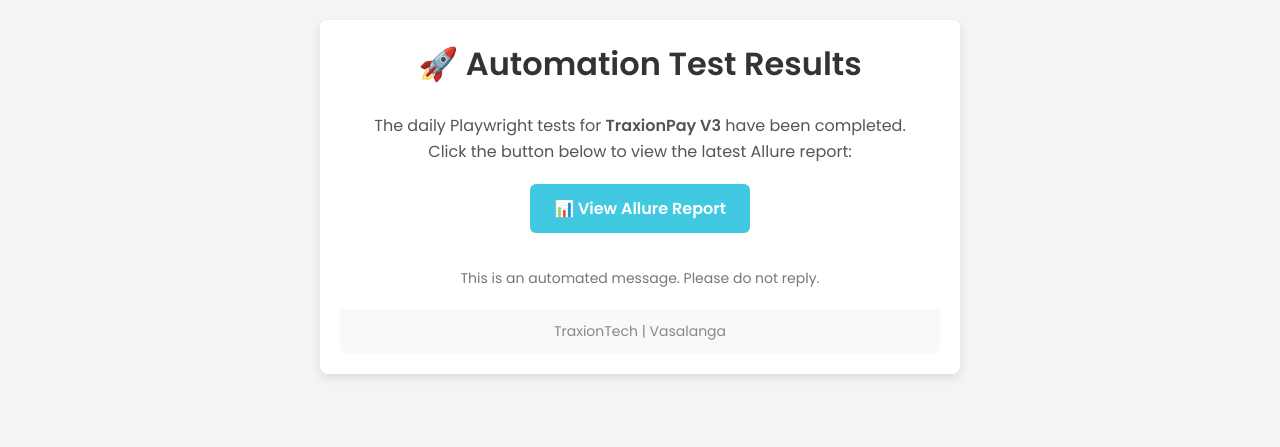
Repository: jmendozaqa24/TraxionPay-V3
Page: template.html
The author's editor kept a copy of each file at every save. The page is drawn from the files as they stood at one save, then again after the next save.
The browser window is 1280 px wide. The pictures show the whole page.

Above is the page before, as saved 2025-02-14 13:17:34.

### template.html
<!DOCTYPE html>
<html lang="en">
<head>
    <meta charset="UTF-8">
    <meta name="viewport" content="width=device-width, initial-scale=1.0">
    <title>Test Results Notification</title>
    <link href="https://fonts.googleapis.com/css2?family=Poppins:wght@400;600&display=swap" rel="stylesheet">
</head>
<body style="font-family: 'Poppins', Arial, sans-serif; background-color: #f4f4f4; margin: 0; padding: 20px;">
    <div style="max-width: 600px; margin: 0 auto; background-color: #ffffff; padding: 20px; border-radius: 8px; box-shadow: 0 4px 10px rgba(0, 0, 0, 0.1);">

        <!-- Header -->
        <div style="text-align: center;">
            <h1 style="color: #333333; margin: 0; padding-bottom: 10px;">🚀 Automation Test Results</h1>
        </div>

        <!-- Body Content -->
        <div style="text-align: center; padding: 15px 30px;">
            <p style="color: #555555; font-size: 16px; line-height: 1.6; margin: 0;">
                The daily Playwright tests for <strong>TraxionPay V3</strong> have been completed. Click the button below to view the latest Allure report:
            </p>

            <!-- Call to Action Button -->
            <a href="https://dread-vin.github.io/TraxionPay-V3/"
                style="display: inline-block; padding: 12px 24px; margin-top: 20px; font-size: 16px; font-weight: 600; color: #ffffff;
                       background-color: #41C9E2; border-radius: 6px; text-decoration: none; transition: 0.3s;">
                📊 View Allure Report
            </a>
        </div>

        <!-- Disclaimer -->
        <div style="text-align: center; padding-top: 20px; font-size: 14px; color: #777777;">
            <p style="margin: 0;">This is an automated message. Please do not reply.</p>
        </div>

        <!-- Footer -->
        <div style="margin-top: 20px; background-color: #f9f9f9; padding: 12px; border-radius: 0 0 8px 8px; text-align: center;">
            <p style="font-size: 14px; color: #888888; margin: 0;"> TraxionTech | Vasalanga </p>
        </div>

    </div>
</body>
</html>

After the next save:
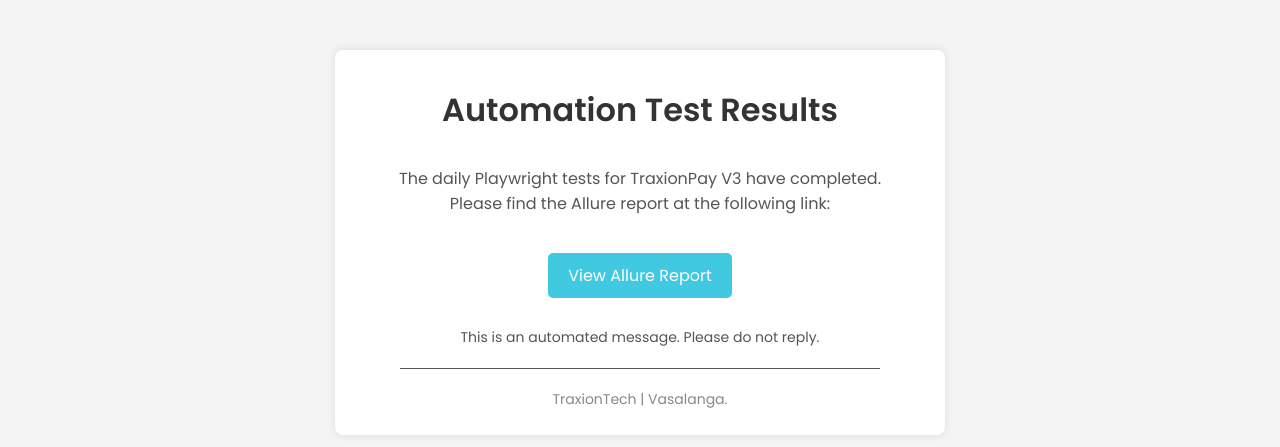
Saved 11 min 19 s later.
--- a/template.html
+++ b/template.html
@@ -1,43 +1,32 @@
 <!DOCTYPE html>
-<html lang="en">
-<head>
-    <meta charset="UTF-8">
-    <meta name="viewport" content="width=device-width, initial-scale=1.0">
-    <title>Test Results Notification</title>
-    <link href="https://fonts.googleapis.com/css2?family=Poppins:wght@400;600&display=swap" rel="stylesheet">
-</head>
-<body style="font-family: 'Poppins', Arial, sans-serif; background-color: #f4f4f4; margin: 0; padding: 20px;">
-    <div style="max-width: 600px; margin: 0 auto; background-color: #ffffff; padding: 20px; border-radius: 8px; box-shadow: 0 4px 10px rgba(0, 0, 0, 0.1);">
-
-        <!-- Header -->
-        <div style="text-align: center;">
-            <h1 style="color: #333333; margin: 0; padding-bottom: 10px;">🚀 Automation Test Results</h1>
-        </div>
-
-        <!-- Body Content -->
-        <div style="text-align: center; padding: 15px 30px;">
-            <p style="color: #555555; font-size: 16px; line-height: 1.6; margin: 0;">
-                The daily Playwright tests for <strong>TraxionPay V3</strong> have been completed. Click the button below to view the latest Allure report:
-            </p>
-
-            <!-- Call to Action Button -->
-            <a href="https://dread-vin.github.io/TraxionPay-V3/"
-                style="display: inline-block; padding: 12px 24px; margin-top: 20px; font-size: 16px; font-weight: 600; color: #ffffff;
-                       background-color: #41C9E2; border-radius: 6px; text-decoration: none; transition: 0.3s;">
-                📊 View Allure Report
-            </a>
-        </div>
-
-        <!-- Disclaimer -->
-        <div style="text-align: center; padding-top: 20px; font-size: 14px; color: #777777;">
-            <p style="margin: 0;">This is an automated message. Please do not reply.</p>
-        </div>
-
-        <!-- Footer -->
-        <div style="margin-top: 20px; background-color: #f9f9f9; padding: 12px; border-radius: 0 0 8px 8px; text-align: center;">
-            <p style="font-size: 14px; color: #888888; margin: 0;"> TraxionTech | Vasalanga </p>
-        </div>
-
-    </div>
-</body>
-</html>
+            <html lang="en">
+            <head>
+                <meta charset="UTF-8">
+                <meta name="viewport" content="width=device-width, initial-scale=1.0">
+                <title>Test Results Notification</title>
+                <link href="https://fonts.googleapis.com/css2?family=Poppins:wght@400;600&display=swap" rel="stylesheet">
+            </head>
+            <body style="font-family: 'Poppins', Arial, sans-serif; background-color: #f4f4f4; margin: 5px 0; padding: 25px 0;  border-radius: 8px;">
+                <div style="max-width: 600px; margin: 20px auto; background-color: #ffffff; padding: 5px; border-radius: 8px; box-shadow: 0 0 10px rgba(0, 0, 0, 0.1);">
+                    <div style="text-align: center; padding-bottom: 0">
+                        <h1 style="color: #333333; margin: 5; padding: 10px;">Automation Test Results</h1>
+                    </div>
+                    <div style="text-align: center; margin: 5; padding: 0 35px;">
+                        <p style="color: #555555; font-size: 16px; line-height: 1.6;">
+                            The daily Playwright tests for TraxionPay V3 have completed. Please find the Allure report at the following link:
+                        </p>
+                        <a href="https://dread-vin.github.io/TraxionPay-V3/"
+                            style="display: inline-block; padding: 10px 20px; margin-top: 20px; font-size: 16px; color: #ffffff; background-color: #41C9E2; border-radius: 5px; text-decoration: none;">
+                            View Allure Report
+                        </a>
+                    </div>
+                    <div style="text-align: center; padding-top: 15px; font-size: 14px; color: #555555;">
+                        <p>This is an automated message. Please do not reply.</p>
+                    </div>
+                    <hr style="border: none; border-top: 0.1px solid #555555; width: 80%; margin: 20px auto;">
+                    <div style="text-align: center; margin: 20px auto; font-size: 14px; color: #888888;">
+                        <p>TraxionTech | Vasalanga.</p>
+                    </div>
+                </div>
+            </body>
+            </html>
